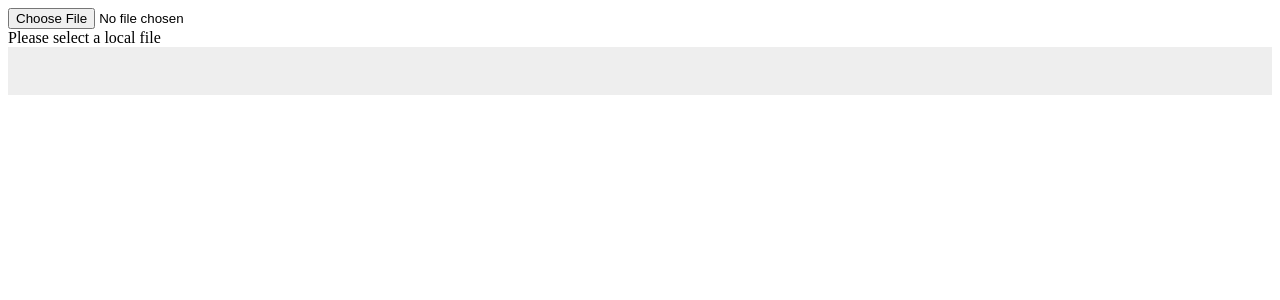
Repository: kalaiselviEST/T-Hub-18
Page: test2.html
These files come from the project's save history. The page is drawn as it stood at one moment and after the next save; the edit follows.
The browser window is 1280 px wide. The pictures show the whole page.

Above is the page before, as saved 2021-09-10 09:01:11.

After the next save:
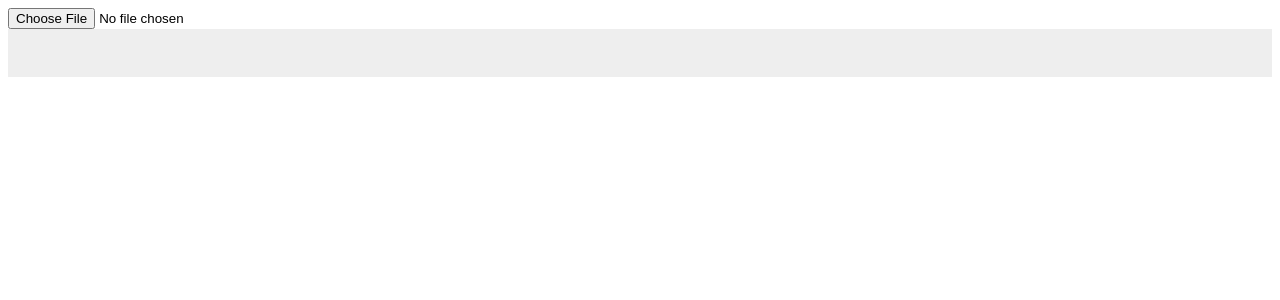
Saved 75 s later.
--- a/test2.html
+++ b/test2.html
@@ -28,75 +28,10 @@
     <input id=file type=file onchange='fileChanged()' />
     <div id=log></div>
     <div id="holder"></div>
+
     <!-- <script src="https://cdn.jsdelivr.net/npm/pdfjs-dist@2.0.385/build/pdf.min.js"></script> -->
-    <script src="https://mozilla.github.io/pdf.js/web/viewer.html"></script>
-    <script>
-        //get log element
-        var log = document.getElementById("log");
-        log.innerHTML = "Please select a local file";
-        var file
+    <script src="//mozilla.github.io/pdf.js/build/pdf.js"></script>
 
-        //will be triggered when a local file is selected for input tag
-        function fileChanged() {
-            console.log("run fileChanged");
-
-            //get file
-            file = document.getElementById("file").files[0];
-            log.innerHTML = "file name: " + file.name;
-
-            //following is how to use fileReader in a standard way
-
-            //new fileReader
-            var fileReader = new FileReader();
-            fileReader.readAsDataURL(file);
-
-
-            //will be triggered when a file is loaded from input
-            fileReader.onload = function(e) {
-                console.log("fileReader.onload");
-                log.innerHTML += "<br>fileReader works";
-
-            };
-            renderPDF(file.name, document.getElementById('holder'));
-        }
-
-        function renderPDF(url, canvasContainer, options) {
-            console.log(file.name);
-            options = options || {
-                scale: 1
-            };
-
-            function renderPage(page) {
-
-                var viewport = page.getViewport(options.scale);
-                var wrapper = document.createElement("div");
-                wrapper.className = "canvas-wrapper";
-                var canvas = document.createElement('canvas');
-                var ctx = canvas.getContext('2d');
-                var renderContext = {
-                    canvasContext: ctx,
-                    viewport: viewport
-                };
-
-                canvas.height = viewport.height;
-                canvas.width = viewport.width;
-                wrapper.appendChild(canvas)
-                canvasContainer.appendChild(wrapper);
-
-                page.render(renderContext);
-            }
-
-            function renderPages(pdfDoc) {
-                for (var num = 1; num <= pdfDoc.numPages; num++)
-                    pdfDoc.getPage(num).then(renderPage);
-            }
-
-            pdfjsLib.disableWorker = false;
-            console.log("url", url);
-            pdfjsLib.getDocument(url).then(renderPages);
-
-        }
-    </script>
 </body>
 
 </html>
